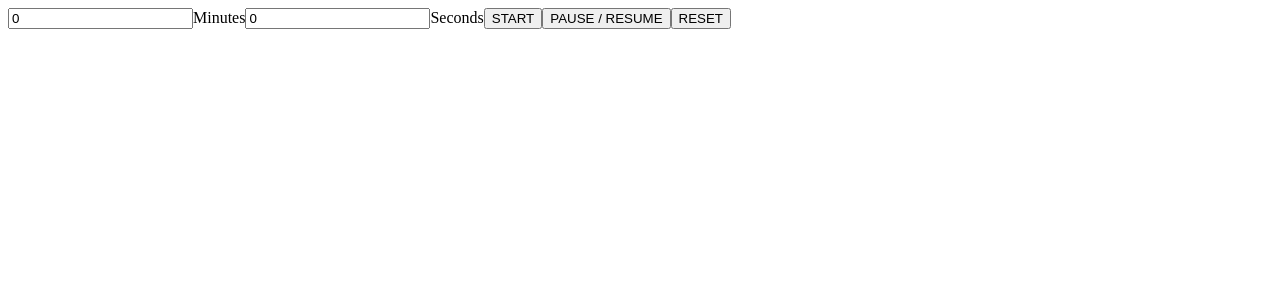
Repository: mariocapitbrok/set-interval-js-timer
Page: /
These files come from the project's save history. The page is drawn as it stood at one moment and after the next save; the edit follows.
The browser window is 1280 px wide. The pictures show the whole page.
The project was rebuilt for these pictures with package versions that can differ from the ones it lists, and the page was loaded fresh each time.

Above is the page before, as saved 2022-07-19 19:36:50.

### src/App.js
import React from 'react'
import Solution from './components/solution'

function App() {
  return (
    <>
      <Solution />
    </>
  )
}

export default App

### src/components/solution.jsx
import React, { Fragment, useState, useRef, useEffect } from 'react'

function Solution() {
  const [minutes, setMinutes] = useState(0)
  const [seconds, setSeconds] = useState(0)
  const [timer, setTimer] = useState(null)
  const timerRef = useRef()

  useEffect(() => {
    /* timerRef.current = setInterval(() => {
      setTimer(prevTimer => prevTimer - 1)
    }, 1000)

    return () => {
      clearInterval(timerRef.current)
    } */
  }, [])

  const handleMinutesChange = minutes => {
    setMinutes(minutes)
  }

  const handleSecondsChange = seconds => {
    setSeconds(seconds)
  }

  const handleStart = () => {
    console.log(minutes, seconds)
  }

  const handlePause = () => {}

  const handleReset = () => {}

  return (
    <Fragment>
      <label>
        <input
          type="number"
          onChange={event => handleMinutesChange(event.target.value)}
          value={minutes}
        />
        Minutes
      </label>
      <label>
        <input
          type="number"
          onChange={event => handleSecondsChange(event.target.value)}
          value={seconds}
        />
        Seconds
      </label>

      <button onClick={handleStart}>START</button>
      <button onClick={handlePause}>PAUSE / RESUME</button>
      <button onClick={handleReset}>RESET</button>

      <h1 data-testid="running-clock">{timer}</h1>
    </Fragment>
  )
}

export default Solution

Loaded but not shown: public/index.html (common file); src/index.js (common file)

After the next save:
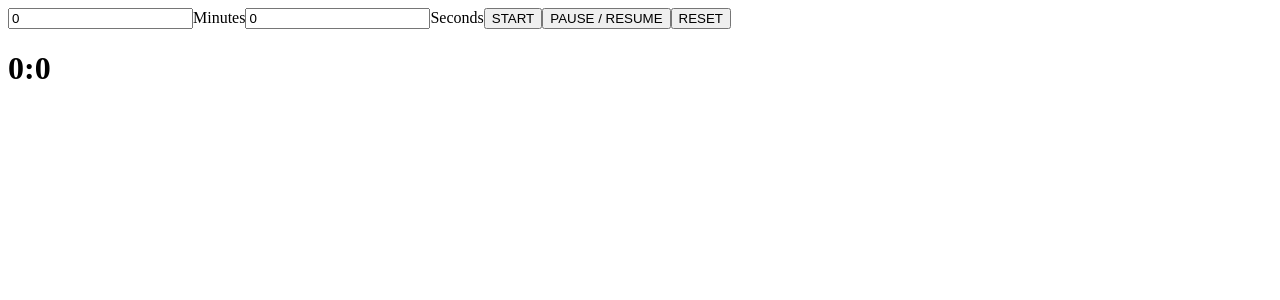
Saved 3 min 15 s later.
--- a/src/components/solution.jsx
+++ b/src/components/solution.jsx
@@ -3,7 +3,7 @@ import React, { Fragment, useState, useRef, useEffect } from 'react'
 function Solution() {
   const [minutes, setMinutes] = useState(0)
   const [seconds, setSeconds] = useState(0)
-  const [timer, setTimer] = useState(null)
+  //const [timer, setTimer] = useState(null)
   const timerRef = useRef()
 
   useEffect(() => {
@@ -25,7 +25,8 @@ function Solution() {
   }
 
   const handleStart = () => {
-    console.log(minutes, seconds)
+    setMinutes(minutes)
+    setSeconds(seconds)
   }
 
   const handlePause = () => {}
@@ -55,7 +56,7 @@ function Solution() {
       <button onClick={handlePause}>PAUSE / RESUME</button>
       <button onClick={handleReset}>RESET</button>
 
-      <h1 data-testid="running-clock">{timer}</h1>
+      <h1 data-testid="running-clock">{`${minutes}:${seconds}`}</h1>
     </Fragment>
   )
 }
